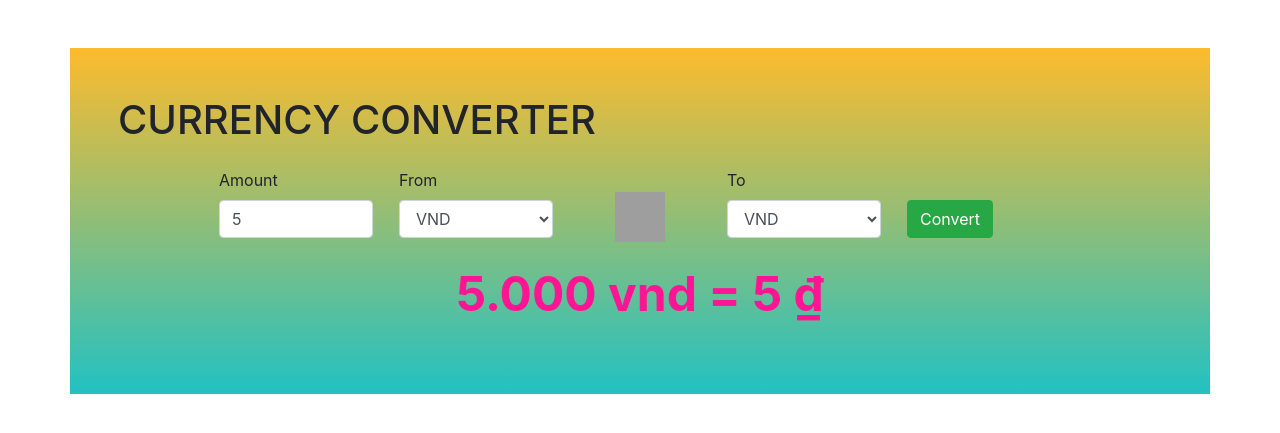
Repository: tts2610/MoneyConverter
Page: index.html
These files come from the project's save history. The page is drawn as it stood at one moment and after the next save; the edit follows.
The browser window is 1280 px wide. The pictures show the whole page.
Empty fields were first filled with sample values (such as "Sample", 5 or name@example.com).
After loading, the first visible `button.btn` was clicked once.
Pictures or frames that could not be fetched are drawn as grey boxes.

Above is the page before, as saved 2020-05-11 21:19:34.

After the next save:
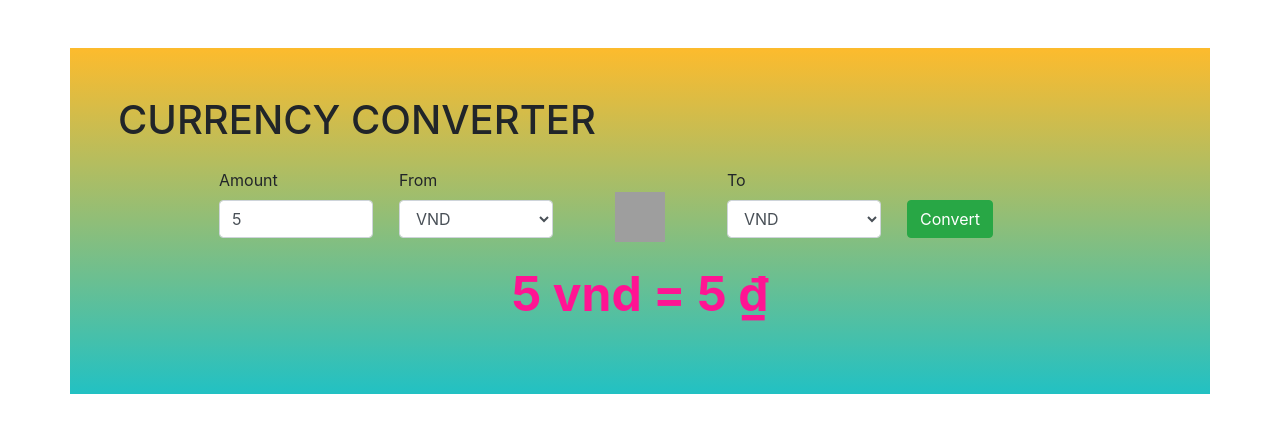
Saved 37 s later.
--- a/js/script.js
+++ b/js/script.js
@@ -49,7 +49,7 @@ function submitAmount() {
     amount = document.getElementById("amount").value ? document.getElementById("amount").value : 0;
     from = fromCurrency.value.toLowerCase();
     to = toCurrency.value.toLowerCase();
-    document.getElementById("result").innerText = parseInt(amount).toFixed(3) + " " + from + " = " + convert(from, to);
+    document.getElementById("result").innerText = amount + " " + from + " = " + convert(from, to);
     document.getElementById("result").style.color = "deeppink";
     document.getElementById("result").style.fontWeight = 700;
 
